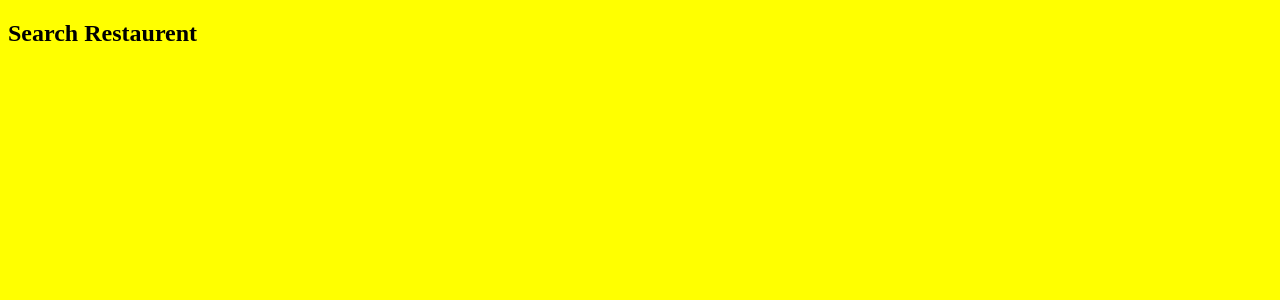
Repository: AkshayBorate/webJava
Page: web_projectservlet/src/main/webapp/search_restaurant.html
These files come from the project's save history. The page is drawn as it stood at one moment and after the next save; the edit follows.
The browser window is 1280 px wide. The pictures show the whole page.

Above is the page before, as saved 2024-11-28 10:12:48.

After the next save:
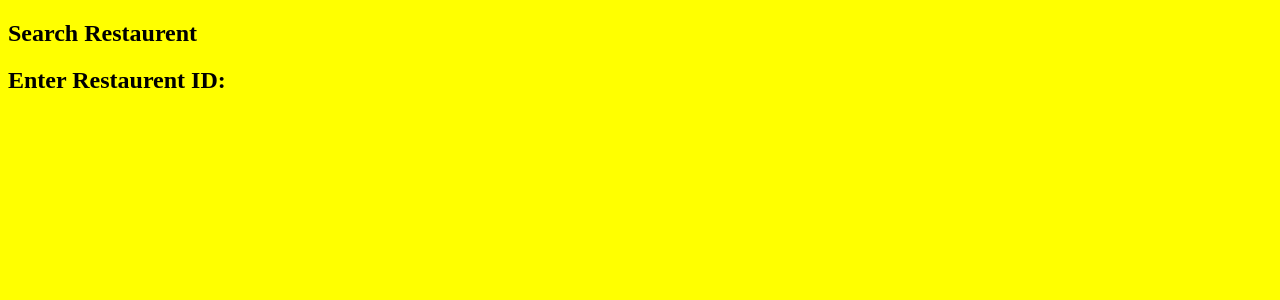
Saved 45 s later.
--- a/web_projectservlet/src/main/webapp/search_restaurant.html
+++ b/web_projectservlet/src/main/webapp/search_restaurant.html
@@ -4,6 +4,7 @@
 <body bgcolor="yellow">
 <h2>Search Restaurent</h2>
 <form action="search" method="post">
+<h2>Enter Restaurent ID:</h2>
 </form>
 </body>
 </html>
